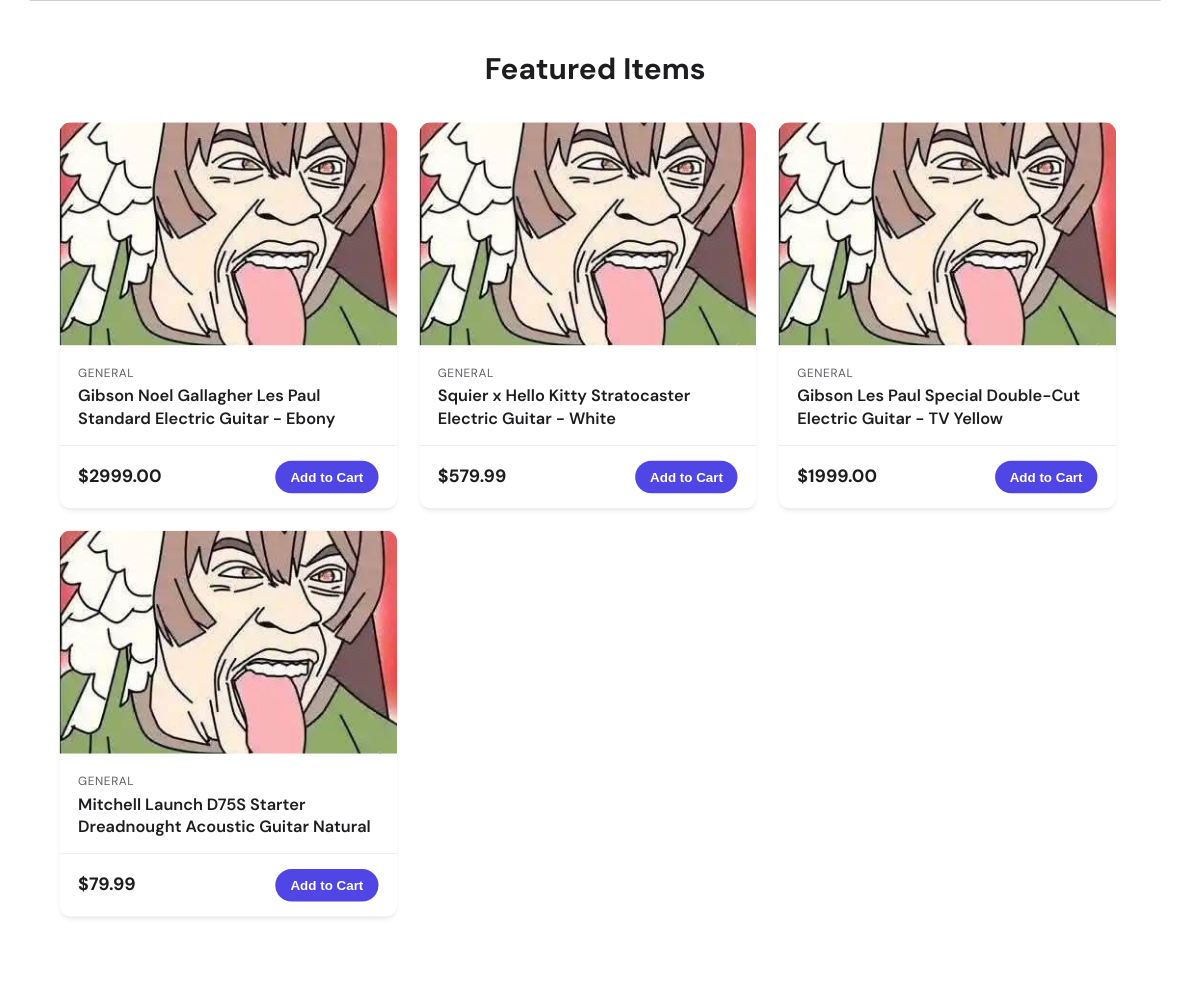
Repository: rywkoo/guitar-mart
Page: http://localhost/
An editor plug-in stored every save of this project. The page is shown before and after a run of saves, followed by the edit.
The browser window is 1280 px wide. The pictures show the part of the page from y = 680 to 1761 px (the page is 1761 px tall before and 965 px after), at 93% of full size.
The page is served by the project's application, run on Flask 3 (app.py). The page reads the database file committed with the project.

Above is the page before, as saved 2025-11-14 15:51:19.

After the next 3 saves:
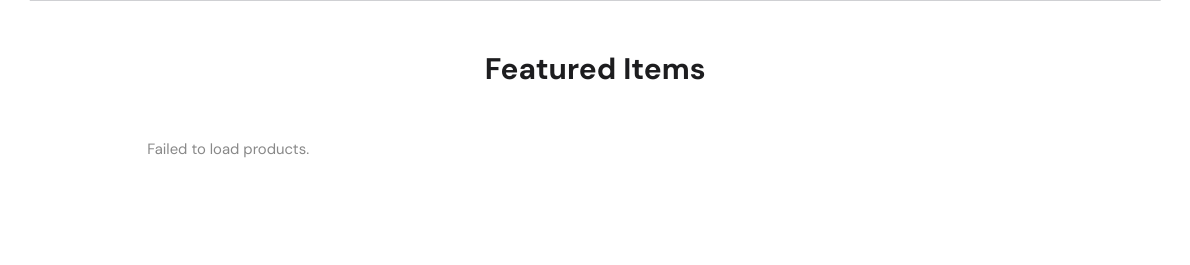
The 3 saves are shown as one change because they came seconds apart.
The last was saved 72 s later.
--- a/templates/home.html
+++ b/templates/home.html
@@ -112,52 +112,48 @@
 <div class="cards-grid-container" id="product-list"></div>
 
 <script>
-  // -------------------------------------------------
-  // 1. Load ONLY 4 products
-  // -------------------------------------------------
-  async function loadFeatured() {
-    try {
-      const res = await fetch('http://127.0.0.1:5000/api/products');
-      const all = await res.json();
+async function loadFeatured() {
+  try {
+    const res = await fetch('http://127.0.0.1:5000/admin/api/products');
+    const allProducts = await res.json();
 
-      // Show first 4 only
-      const featured = all.slice(0, 4);
+    // Show only the first 4 products
+    const featured = allProducts.slice(0, 4);
 
-      const container = document.getElementById('product-list');
-      container.innerHTML = '';
+    const container = document.getElementById('product-list');
+    container.innerHTML = ''; // Clear container
 
-      featured.forEach(p => {
-        // ---- IMAGE PATH ----
-        // Flask serves /static/...   →  /static/images/apple.jpg
-        const img = p.image
-        ? `/static/images/${p.image}`
+    featured.forEach(product => {
+      // Use 'image' field from API, fallback to placeholder
+      const img = product.image
+        ? `/static/images/${product.image}`
         : '/static/images/placeholder.jpg';
 
-        const html = `
-          <article class="product-card">
-            <a href="/product/${p.id}" class="product-card-link">
-              <div class="product-card-image-container">
-                <img src="${img}" alt="${p.name}" class="product-card-image"
-                     onerror="this.src='/static/images/placeholder.jpg'">
-              </div>
-              <div class="product-card-content">
-                <span class="product-card-category">${p.category || 'General'}</span>
-                <h3 class="product-card-title">${p.name}</h3>
-              </div>
-            </a>
-            <footer class="product-card-footer">
-              <span class="product-card-price">$${Number(p.price).toFixed(2)}</span>
-              <button class="product-card-cta">Add to Cart</button>
-            </footer>
-          </article>
-        `;
-        container.insertAdjacentHTML('beforeend', html);
-      });
-    } catch (e) {
-      console.error(e);
-      document.getElementById('product-list').innerHTML =
-        '<p style="text-align:center;color:#888;">Failed to load products.</p>';
-    }
+      const html = `
+        <article class="product-card">
+          <a href="/product/${product.id}" class="product-card-link">
+            <div class="product-card-image-container">
+              <img src="${img}" alt="${product.name}" class="product-card-image"
+                   onerror="this.src='/static/images/placeholder.jpg'">
+            </div>
+            <div class="product-card-content">
+              <span class="product-card-category">${product.category_name || 'General'}</span>
+              <h3 class="product-card-title">${product.name}</h3>
+            </div>
+          </a>
+          <footer class="product-card-footer">
+            <span class="product-card-price">$${Number(product.price).toFixed(2)}</span>
+            <button class="product-card-cta">Add to Cart</button>
+          </footer>
+        </article>
+      `;
+      container.insertAdjacentHTML('beforeend', html);
+    });
+
+  } catch (error) {
+    console.error('Failed to load products:', error);
+    document.getElementById('product-list').innerHTML =
+      '<p style="text-align:center;color:#888;">Failed to load products.</p>';
   }
 
   // -------------------------------------------------
@@ -172,9 +168,9 @@
     });
   })();
 
-  // -------------------------------------------------
-  // 3. Run on load
-  // -------------------------------------------------
-  document.addEventListener('DOMContentLoaded', loadFeatured);
+}
+
+// Run on page load
+document.addEventListener('DOMContentLoaded', loadFeatured);
 </script>
 {% endblock %}
